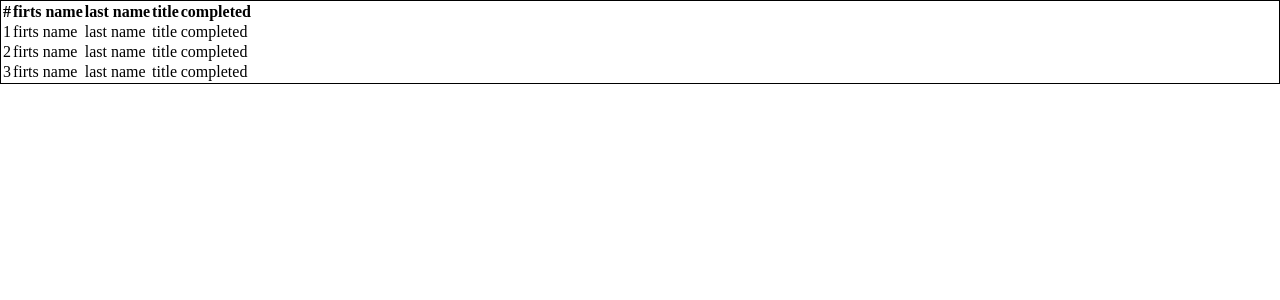
Repository: beva3/myCodepen
Page: table/index.html
These files come from the project's save history. The page is drawn as it stood at one moment and after a run of saves; the edit follows.
The browser window is 1280 px wide. The pictures show the whole page.

Above is the page before, as saved 2024-05-11 10:47:44.

After the next 4 saves:
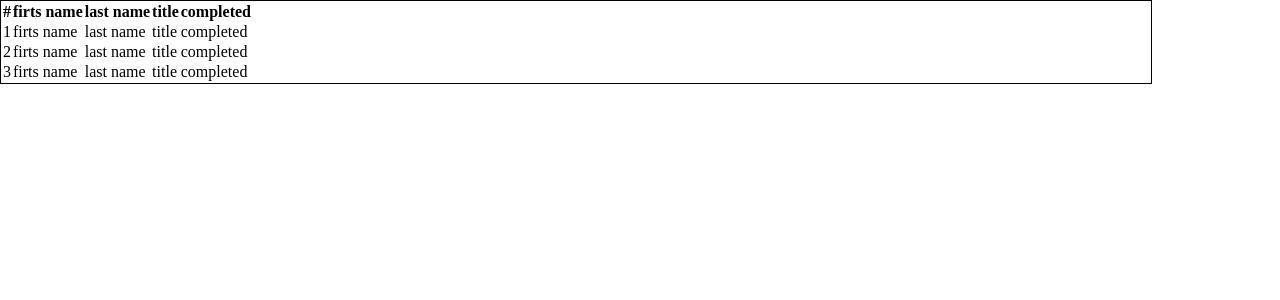
The 4 saves are shown as one change because they came seconds apart.
The last was saved 9 s later.
--- a/table/style.css
+++ b/table/style.css
@@ -6,5 +6,5 @@
 
 .content{
     border: 1px solid black;
-    width: ;
+    width: 90vw;
 }
